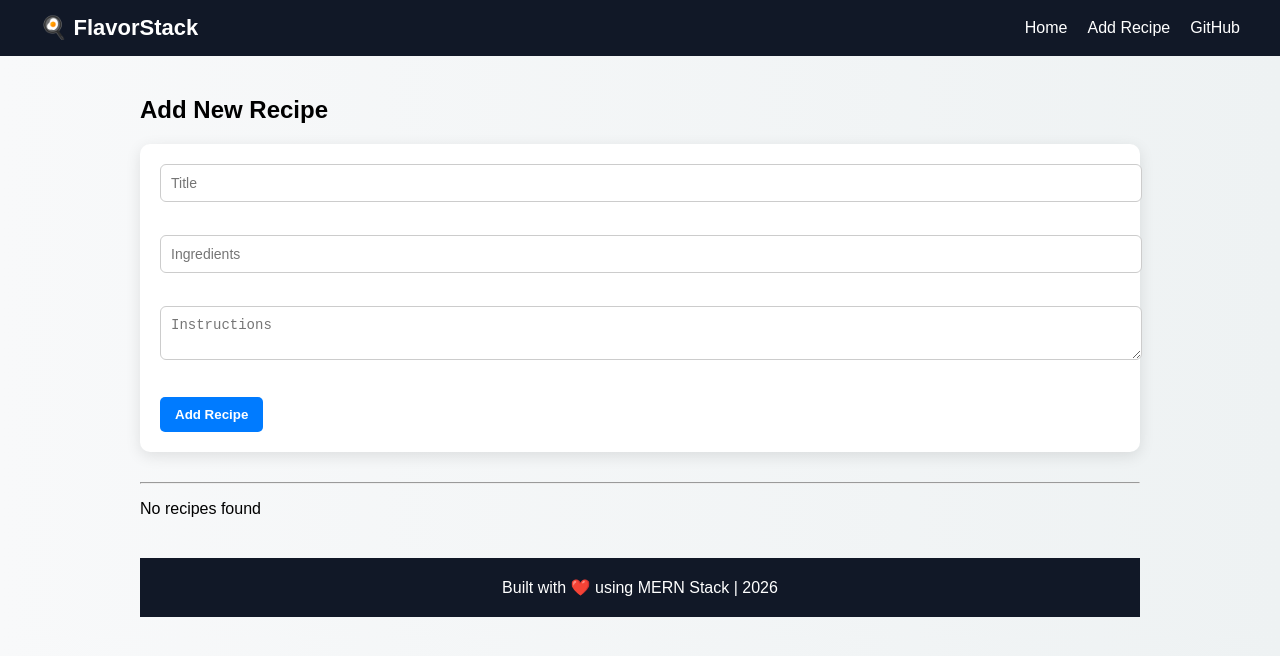
Repository: arshathdevo/recipeblogfrontend
Page: /
An editor plug-in stored every save of this project. The page is shown before and after a run of saves, followed by the edit.
The browser window is 1280 px wide. The pictures show the whole page.
The page's requests for data from a server got no answer. The project was rebuilt for these pictures with package versions that can differ from the ones it lists, and the page was loaded fresh each time. No one was signed in, and anything a server would have sent is missing.

Above is the page before, as saved 2026-02-14 12:15:27.

### src/App.js
// import React, { useEffect, useState } from "react";
// import axios from "axios";


// function App() {
//   const [recipes, setRecipes] = useState([]);

//   useEffect(() => {
//     fetchRecipes();
//   }, []);

//   const fetchRecipes = async () => {
//     try {
//       const res = await axios.get("http://localhost:5000/api/recipes");
//       setRecipes(res.data);
//     } catch (error) {
//       console.error("Error fetching recipes:", error);
//     }
//   };
//   const [title, setTitle] = useState("");
// const [ingredients, setIngredients] = useState("");
// const [instructions, setInstructions] = useState("");

// const handleSubmit = async (e) => {
//   e.preventDefault();

//   try {
//     await axios.post("http://localhost:5000/api/recipes", {
//       title,
//       ingredients,
//       instructions,
//     });

//     // Clear form
//     setTitle("");
//     setIngredients("");
//     setInstructions("");

//     // Refresh recipe list
//     fetchRecipes();
//   } catch (error) {
//     console.error("Error adding recipe:", error);
//   }
// };


//   return (
//     <div style={{ padding: "20px" }}>
//       <h1>Recipe Blog App 🍲</h1>

//       {recipes.length === 0 ? (
//         <p>No recipes found</p>
//       ) : (
//         recipes.map((recipe) => (
//           <div
//             key={recipe._id}
//             style={{
//               border: "1px solid #ccc",
//               padding: "10px",
//               margin: "10px 0",
//             }}
//           >
//             <h2>Add New Recipe</h2>
// <form onSubmit={handleSubmit}>
//   <input
//     type="text"
//     placeholder="Title"
//     value={title}
//     onChange={(e) => setTitle(e.target.value)}
//   />
//   <br /><br />

//   <input
//     type="text"
//     placeholder="Ingredients"
//     value={ingredients}
//     onChange={(e) => setIngredients(e.target.value)}
//   />
//   <br /><br />

//   <textarea
//     placeholder="Instructions"
//     value={instructions}
//     onChange={(e) => setInstructions(e.target.value)}
//   />
//   <br /><br />

//   <button type="submit">Add Recipe</button>
// </form>

// <hr />

//             <h2>{recipe.title}</h2>
//             <p><strong>Ingredients:</strong> {recipe.ingredients}</p>
//             <p><strong>Instructions:</strong> {recipe.instructions}</p>
//           </div>
//         ))
//       )}
//     </div>
//   );
// }

// export default App;
import "./App.css";
import React, { useEffect, useState } from "react";
import axios from "axios";
import { motion } from "framer-motion";
import Header from "./Header";







function App() {
  const [recipes, setRecipes] = useState([]);
  const [title, setTitle] = useState("");
  const [ingredients, setIngredients] = useState("");
  const [instructions, setInstructions] = useState("");
  const [editId, setEditId] = useState(null);

  useEffect(() => {
    fetchRecipes();
  }, []);

  const fetchRecipes = async () => {
    try {
      const res = await axios.get("http://localhost:5000/api/recipes");
      setRecipes(res.data);
    } catch (error) {
      console.error("Error fetching recipes:", error);
    }
  };

 const handleSubmit = async (e) => {
  e.preventDefault();

  try {
    if (editId) {
      await axios.put(`http://localhost:5000/api/recipes/${editId}`, {
        title,
        ingredients,
        instructions,
      });
      setEditId(null);
    } else {
      await axios.post("http://localhost:5000/api/recipes", {
        title,
        ingredients,
        instructions,
      });
    }

    setTitle("");
    setIngredients("");
    setInstructions("");
    fetchRecipes();
  } catch (error) {
    console.error("Error saving recipe:", error);
  }
};

  const handleDelete = async (id) => {
  try {
    await axios.delete(`http://localhost:5000/api/recipes/${id}`);
    fetchRecipes(); // refresh list
  } catch (error) {
    console.error("Error deleting recipe:", error);
  }
};
const handleEdit = (recipe) => {
  setTitle(recipe.title);
  setIngredients(recipe.ingredients);
  setInstructions(recipe.instructions);
  setEditId(recipe._id);
};



  return (




    <>
      <Header />





    <div className="container">


      {/* ✅ FORM SHOULD BE OUTSIDE MAP */}
      <h2>Add New Recipe</h2>
      <form onSubmit={handleSubmit}>
        <input
          type="text"
          placeholder="Title"
          value={title}
          onChange={(e) => setTitle(e.target.value)}
        />
        <br /><br />

        <input
          type="text"
          placeholder="Ingredients"
          value={ingredients}
          onChange={(e) => setIngredients(e.target.value)}
        />
        <br /><br />

        <textarea
          placeholder="Instructions"
          value={instructions}
          onChange={(e) => setInstructions(e.target.value)}
        />
        <br /><br />

        <button type="submit">Add Recipe</button>
      </form>

      <hr />

      {/* ✅ DISPLAY RECIPES */}
     {recipes.length === 0 ? (
  <p>No recipes found</p>
) : (
  <div className="recipe-grid">
    {recipes.map((recipe) => (
      <motion.div
  className="card"
  initial={{ opacity: 0, y: 30 }}
  animate={{ opacity: 1, y: 0 }}
  transition={{ duration: 0.5 }}
>

         <div key={recipe._id} className="card">

            <h2>{recipe.title}</h2>
            <p><strong>Ingredients:</strong> {recipe.ingredients}</p>
            <p><strong>Instructions:</strong> {recipe.instructions}</p>
            <div className="button-group">

              <button className="edit-btn" onClick={() => handleEdit(recipe)}>

  Edit
</button>



            <button className="delete-btn" onClick={() => handleDelete(recipe._id)}>

  Delete
</button></div>
</div>
</motion.div>


        ))}
        </div>
      )}<footer className="footer">
  Built with ❤️ using MERN Stack | 2026
</footer>

    </div></>
  );
}

export default App;

### src/App.css
body {
  margin: 0;
  font-family: 'Poppins', sans-serif;
  background: linear-gradient(to right, #f8f9fa, #eef2f3);
}

.header {
  display: flex;
  justify-content: space-between;
  align-items: center;
  padding: 15px 40px;
  background: #111827;
  color: white;
  position: sticky;
  top: 0;
  z-index: 1000;
}

.logo {
  font-size: 22px;
  font-weight: bold;
}

nav a {
  color: white;
  margin-left: 20px;
  text-decoration: none;
  transition: 0.3s;
}

nav a:hover {
  color: #facc15;
}

.container {
  padding: 40px;
}


.container {
  max-width: 1000px;
  margin: auto;
  padding: 20px;
}

h1 {
  text-align: center;
  color: #333;
}

form {
  background: white;
  padding: 20px;
  border-radius: 10px;
  box-shadow: 0 4px 15px rgba(0, 0, 0, 0.1);
  margin-bottom: 30px;
}

form input,
form textarea {
  width: 100%;
  padding: 10px;
  margin-bottom: 15px;
  border-radius: 6px;
  border: 1px solid #ccc;
  font-size: 14px;
}

form button {
  background-color: #007bff;
  padding: 10px 15px;
  font-weight: bold;
}

form button:hover {
  background-color: #0056b3;
}

.recipe-grid {
  display: grid;
  grid-template-columns: repeat(auto-fit, minmax(280px, 1fr));
  gap: 20px;
}

.card {
  background: white;
  padding: 15px;
  border-radius: 10px;
  box-shadow: 0 4px 12px rgba(0, 0, 0, 0.08);
  transition: transform 0.2s ease;
}

.card:hover {
  transform: translateY(-5px);
}

.card h2 {
  margin-top: 0;
}

.button-group {
  margin-top: 10px;
}

.edit-btn {
  background-color: #28a745;
  margin-right: 10px;
}

.edit-btn:hover {
  background-color: #1e7e34;
}

.delete-btn {
  background-color: #dc3545;
}

.delete-btn:hover {
  background-color: #b02a37;
}

button {
  border: none;
  color: white;
  padding: 8px 12px;
  border-radius: 5px;
  cursor: pointer;
}
.card {
  background: white;
  padding: 20px;
  border-radius: 10px;
  box-shadow: 0 8px 20px rgba(0,0,0,0.1);
  margin-bottom: 20px;
  transition: transform 0.3s ease, box-shadow 0.3s ease;
}

.card:hover {
  transform: translateY(-8px);
  box-shadow: 0 15px 30px rgba(0,0,0,0.2);
}
.footer {
  text-align: center;
  padding: 20px;
  background: #111827;
  color: white;
  margin-top: 40px;
}

### src/Header.js
function Header() {
  return (
    <header className="header">
      <div className="logo">🍳 FlavorStack</div>
      <nav>
        <a href="/">Home</a>
        <a href="#add">Add Recipe</a>
        <a href="https://github.com/yourusername" target="_blank">GitHub</a>
      </nav>
    </header>
  );
}

export default Header;

Loaded but not shown: src/index.js (common file)

After the next 4 saves:
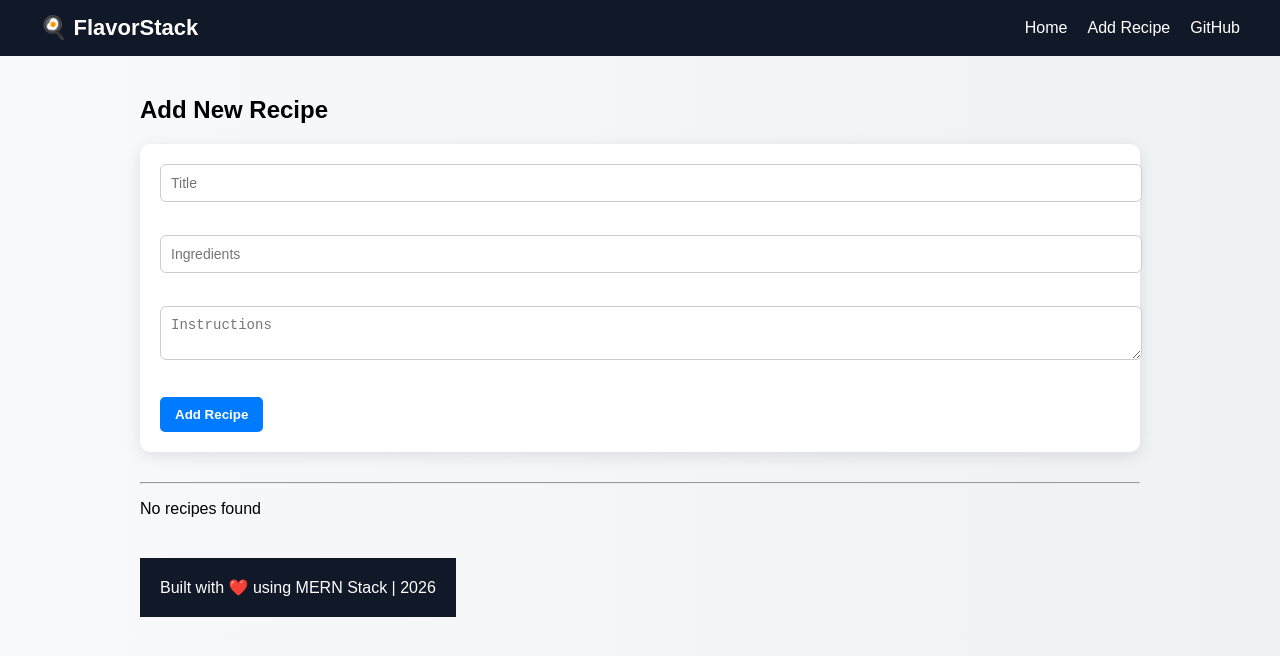
The 4 saves are shown as one change because they came seconds apart.
The last was saved 41 s later.
--- a/src/App.css
+++ b/src/App.css
@@ -145,4 +145,5 @@
   background: #111827;
   color: white;
   margin-top: 40px;
+  width: max-content;
 }

After the save that followed:
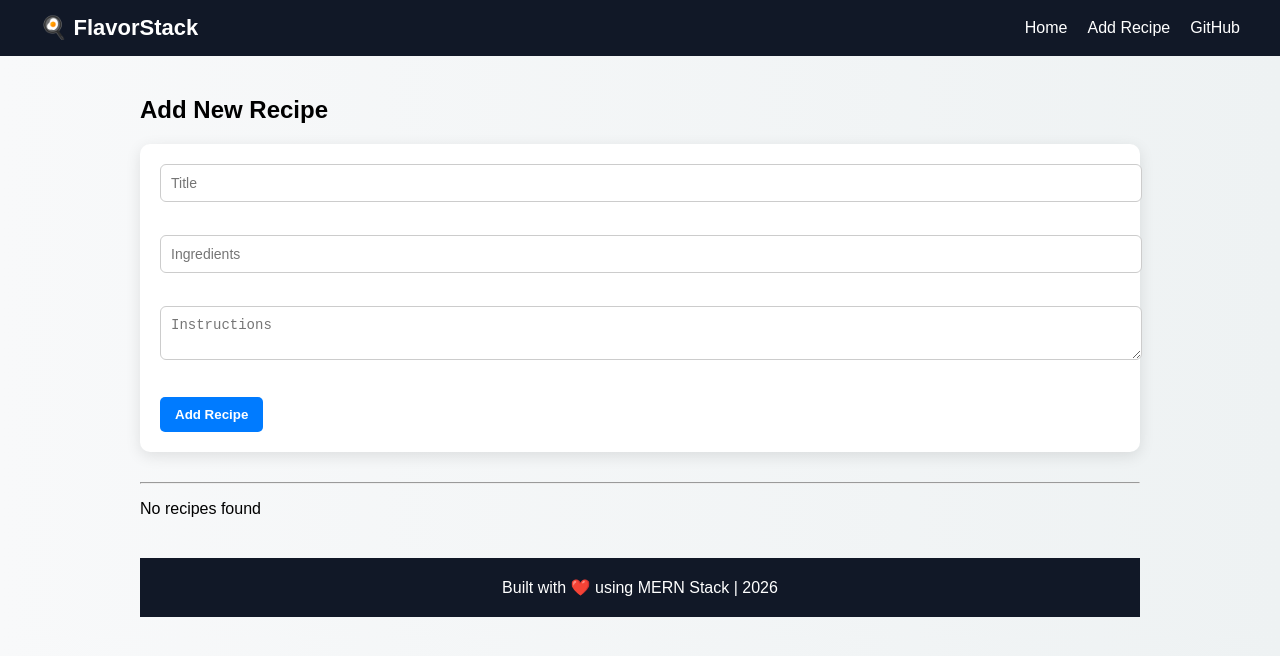
Saved 18 s later.
--- a/src/App.css
+++ b/src/App.css
@@ -145,5 +145,5 @@
   background: #111827;
   color: white;
   margin-top: 40px;
-  width: max-content;
+
 }
